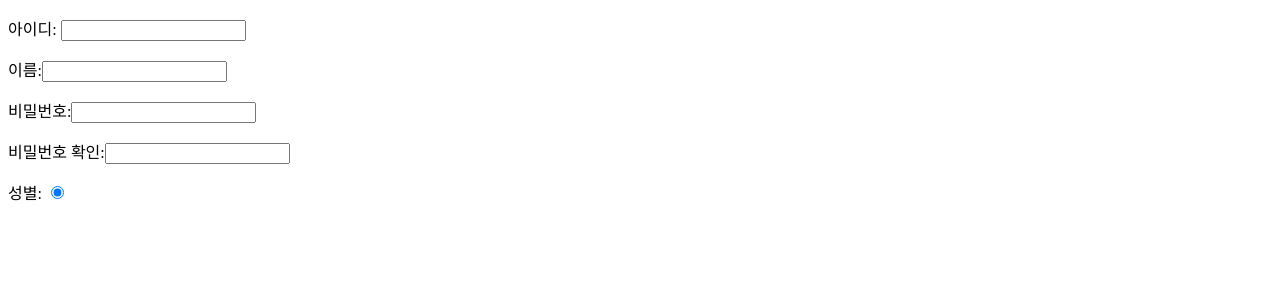
Repository: zoselakt/My_practice_JSP
Page: http://localhost/day08/join.jsp
The author's editor kept a copy of each file at every save. The page is drawn from the files as they stood at one save, then again after the next save.
The browser window is 1280 px wide. The pictures show the whole page.
The page is served by Tomcat 9. Other server files are loaded and not shown.

Above is the page before, as saved 2022-03-01 08:31:25.

### day08/WebContent/join.jsp
<%@ page language="java" contentType="text/html; charset=UTF-8"
    pageEncoding="UTF-8"%>
<!DOCTYPE html>
<html>
<head>
<meta charset="UTF-8">
<title>회원가입</title>
</head>
<body>
	<form action="join_db.jsp" method="post" name="joinForm">
		<p>
			<label>아이디: <input type="text" name="id></label>
		</p>
		<p id="result"></p>
		<p><label>이름:<input type="text" name="name"></label></p>
		<p><label>비밀번호:<input type="password" name="password"></label></p>
		<p><label>비밀번호 확인:<input type="password" name="password_re"></label></p>
		<p>성별: <input type="radio" name="gender" value="남자" checked></p>
	</form>
</body>
</html>

After the next save:
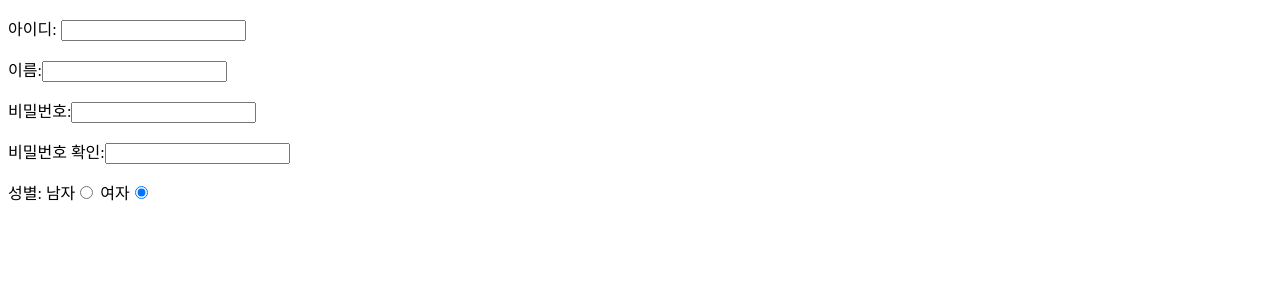
Saved 25 s later.
--- a/day08/WebContent/join.jsp
+++ b/day08/WebContent/join.jsp
@@ -15,7 +15,11 @@
 		<p><label>이름:<input type="text" name="name"></label></p>
 		<p><label>비밀번호:<input type="password" name="password"></label></p>
 		<p><label>비밀번호 확인:<input type="password" name="password_re"></label></p>
-		<p>성별: <input type="radio" name="gender" value="남자" checked></p>
+		<p>
+			성별:
+			남자<input type="radio" name="gender" value="남자" checked>
+			여자<input type="radio" name="gender" value="남자" checked>
+		</p>
 	</form>
 </body>
 </html>
